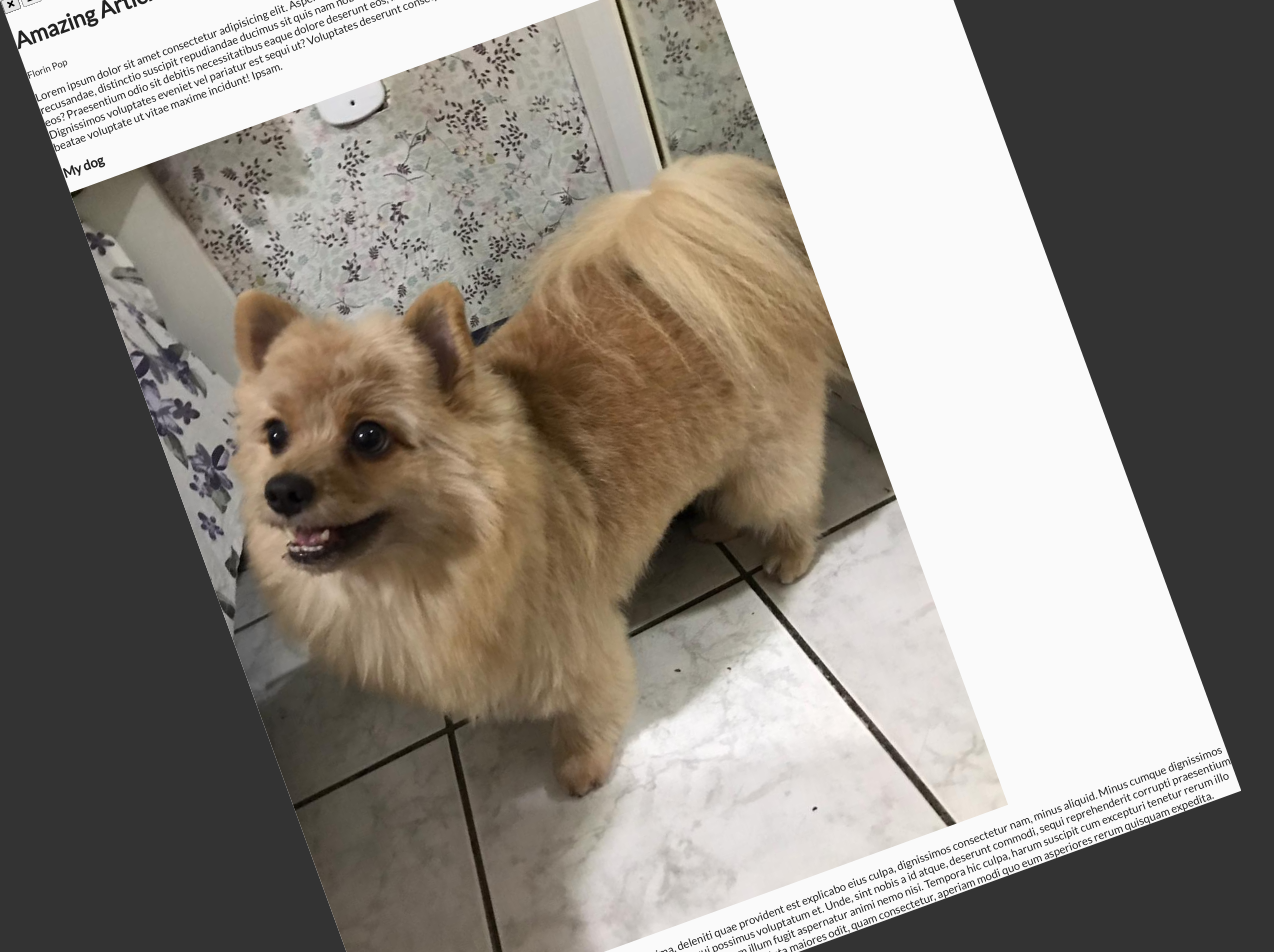
Repository: Williamlmachado/Rotating-Navigation
Page: index.html
An editor plug-in stored every save of this project. The page is shown before and after a run of saves, followed by the edit.
The browser window is 1280 px wide. The page is 1773 px wide, then 1820 px, so the pictures cover 1820 px, including what lies to the right of the window. The pictures show the part of the page from y = 0 to 1360 px (the page is 1757 px tall before and 1892 px after), at 70% of full size.
Some web libraries are served in a nearby version.

Above is the page before, as saved 2021-08-13 09:40:17.

After the next 3 saves:
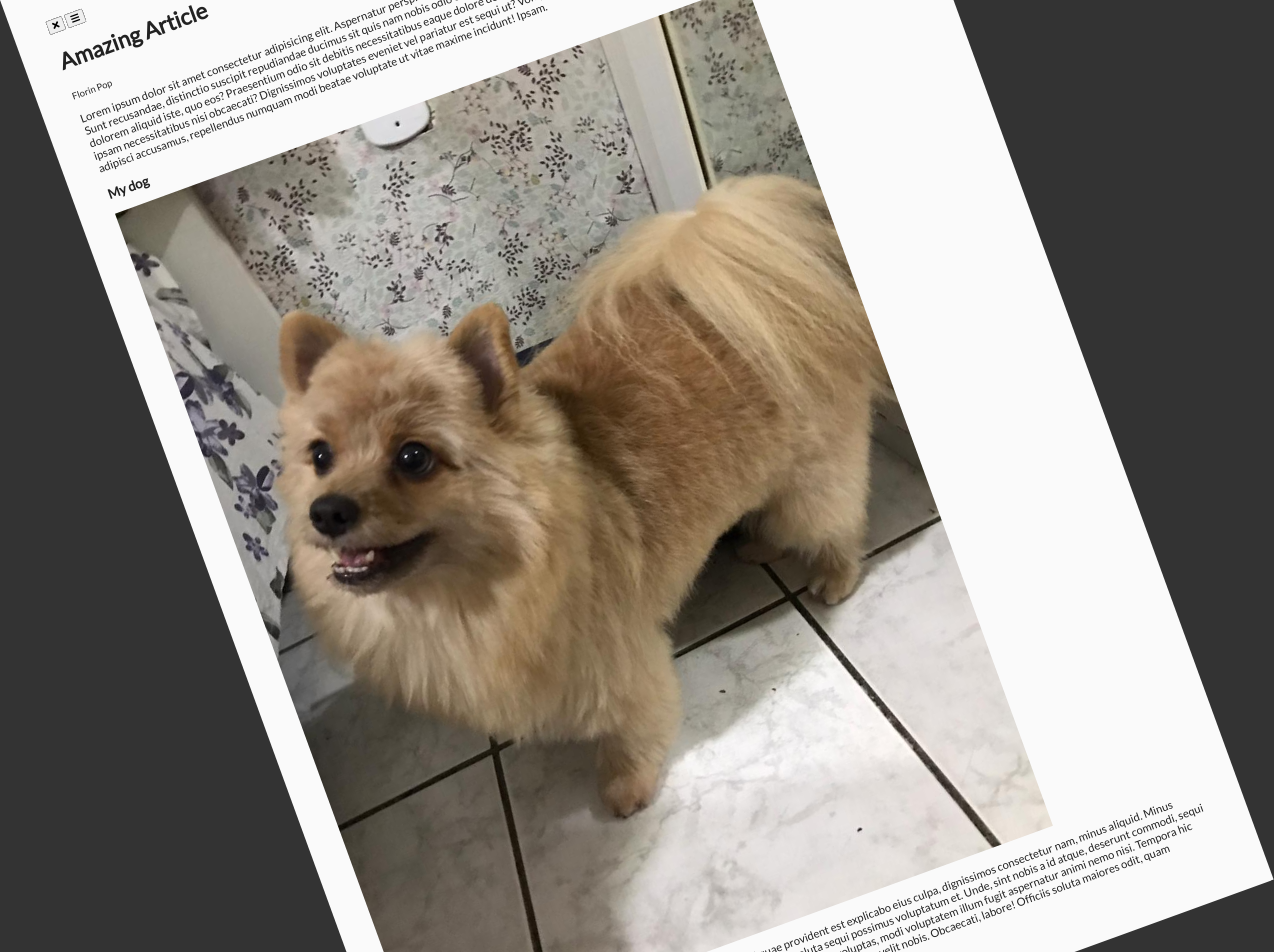
The 3 saves are shown as one change because they came seconds apart.
The last was saved 11 s later.
--- a/style.css
+++ b/style.css
@@ -16,7 +16,8 @@ body {
     transform-origin: top left;
     transition: transform 0.5s linear;
     width: 100vw;
-    min-height:
+    min-height: 100vw;
+    padding: 50px;
 }
 .container.show-nav{
     transform: rotate(-20deg);
